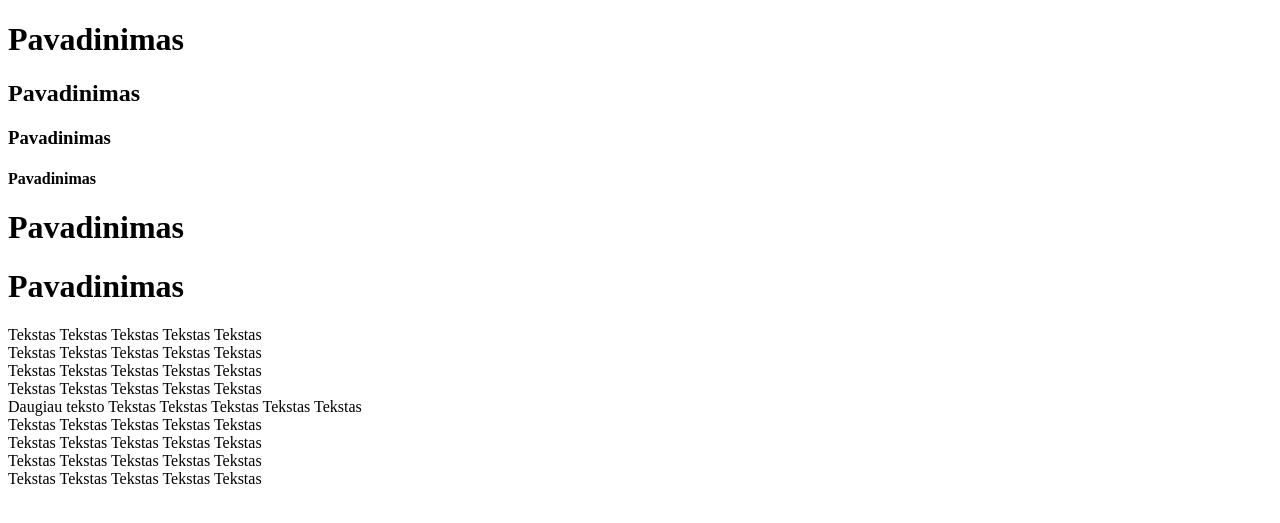
Repository: motiejus1/01-paskait
Page: pirmas.html
The author's editor kept a copy of each file at every save. The page is drawn from the files as they stood at one save, then again after the next save.
The browser window is 1280 px wide. The pictures show the whole page.

Above is the page before, as saved 2021-05-31 20:22:54.

After the next save:
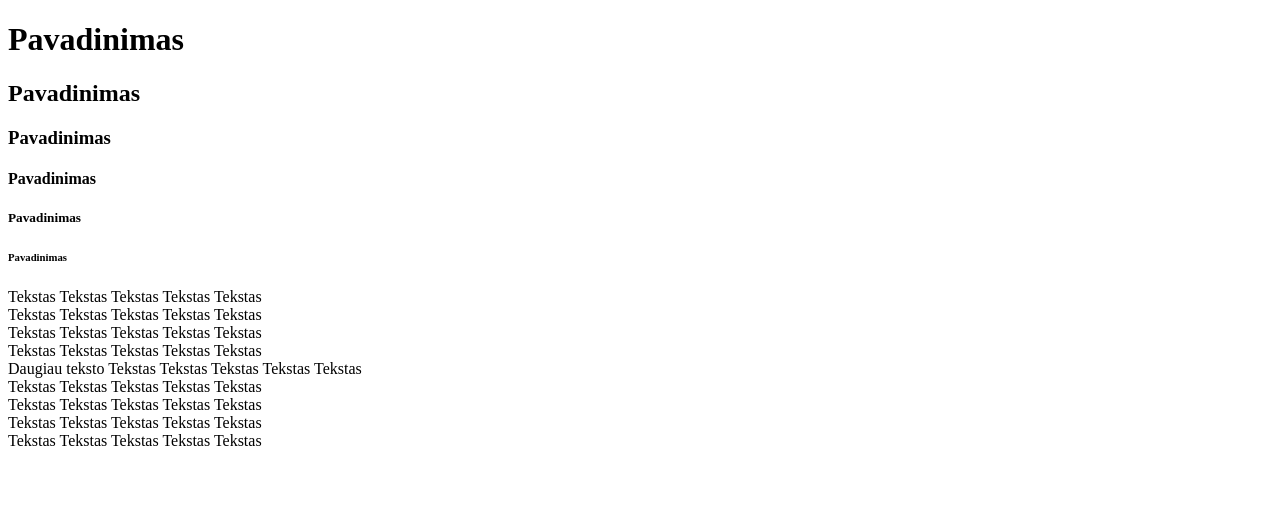
Saved 4 s later.
--- a/pirmas.html
+++ b/pirmas.html
@@ -14,8 +14,8 @@
         <h2>Pavadinimas</h1>
         <h3>Pavadinimas</h1>
         <h4>Pavadinimas</h1>
-        <h1>Pavadinimas</h1>
-        <h1>Pavadinimas</h1>
+        <h5>Pavadinimas</h1>
+        <h6>Pavadinimas</h1>
 
 
         Tekstas Tekstas Tekstas Tekstas Tekstas<br>
